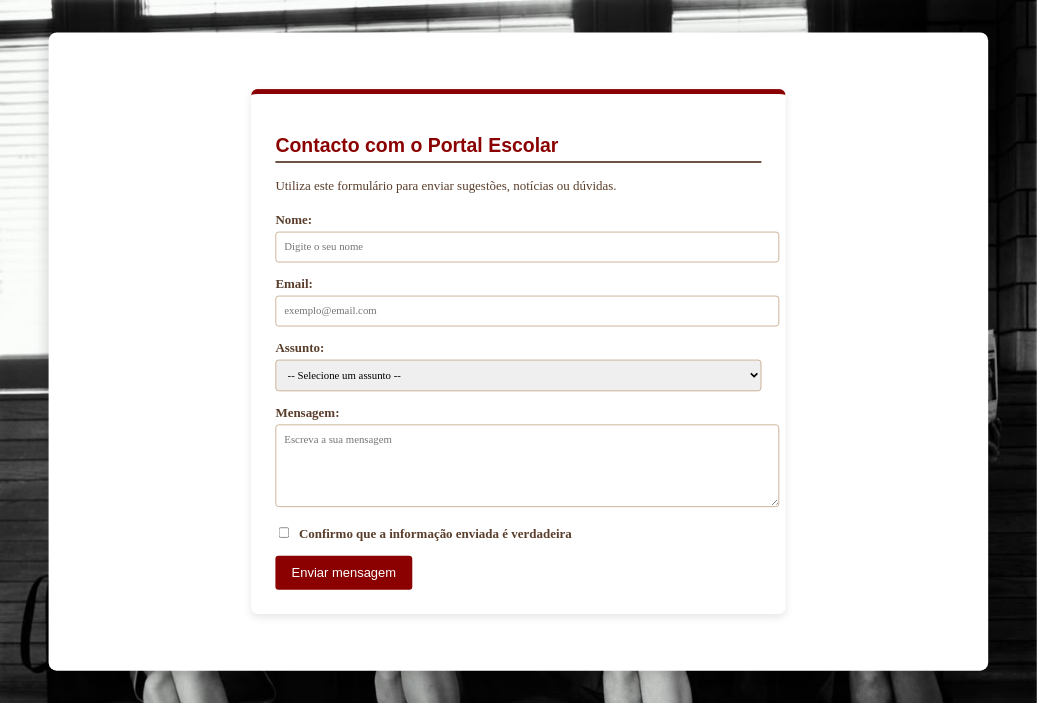
Repository: Sofiampsantos/Portal-de-Jornalismo-Escolar
Page: ProjetoProgV2/FormularioContacto/src/main/webapp/formulario.html
The author's editor kept a copy of each file at every save. The page is drawn from the files as they stood at one save, then again after the next save.
The browser window is 1280 px wide. The page is 1280 px wide, then 1300 px, so the pictures cover 1300 px, including what lies to the right of the window. The pictures show the whole page, at 81% of full size.
Backgrounds fixed to the window are drawn as part of the page. Some web fonts or font styles are not loaded; a fallback is used.

Above is the page before, as saved 2026-05-24 16:31:53.
Console error: TypeError: Cannot set properties of null (setting 'innerText')

### ProjetoProgV2/FormularioContacto/src/main/webapp/formulario.html
<!DOCTYPE html>
<html>
<head>
<meta charset="UTF-8">
<title>Portal de Jornalismo Escolar - ESMM - Formulário de Contacto</title>
<link rel="stylesheet" type="text/css" href="styles/estilo.css">
</head>
<body style="background-image: url('img/jornmulheres.jpg'); background-size: cover; background-repeat: no-repeat; background-attachment: fixed; background-position: center;">

    <div class="container">

        <form name="formulario" onsubmit="return validarFormulario()">

            <h2>Contacto com o Portal Escolar</h2>
            <p>Utiliza este formulário para enviar sugestões, notícias ou dúvidas.</p>

            <label>Nome:</label><br>
            <input type="text" name="nome" placeholder="Digite o seu nome"><br><br>

            <label>Email:</label><br>
            <input type="email" name="email" placeholder="exemplo@email.com"><br><br>

            <label>Assunto:</label><br>
            <select name="assunto">
                <option value="">-- Selecione um assunto --</option>
                <option value="noticia">Sugestão de notícia</option>
                <option value="evento">Divulgação de evento</option>
                <option value="erro">Correção de informação</option>
                <option value="outro">Outro</option>
            </select><br><br>

            <label>Mensagem:</label><br>
            <textarea name="mensagem" rows="5" placeholder="Escreva a sua mensagem"></textarea><br><br>

            <input type="checkbox" name="aceitar">
            <label>Confirmo que a informação enviada é verdadeira</label><br><br>

            <input type="submit" value="Enviar mensagem" class="botao">

        </form>

    </div>

    <script src="scripts/script.js"></script>

</body>
</html>

### ProjetoProgV2/FormularioContacto/src/main/webapp/styles/estilo.css
@charset "UTF-8";
@import url('https://fonts.googleapis.com/css2?family=League+Spartan:wght@400;600;700&display=swap');


/*ESTStyle GERAL*/

body {
	margin: 0;
    padding: 0;
    font-family: "Times New Roman", Times, serif;
    background-image: url("../img/jornmulheres.jpg");
    background-size: cover;
    background-position: center;
    background-repeat: no-repeat;
}



/*CONTAINER PRINCIPAL*/

.container {
    max-width: 1100px;
    margin: 40px auto;
    background-color: white;
    padding: 30px;
    border-radius: 10px;
    box-shadow: 0 0 20px rgba(0,0,0,0.2);
    animation: aparecer 0.8s ease-in-out;
}

#container {
    width: 100%;
    margin: 0 auto;
}


/*CABEÇALHO*/

#topo {
    background-color: #b30000;
    color: #ffffff;
    padding: 20px;
    text-align: center;
}

#topo h1 {
    margin: 0;
}

#topo p {
    margin-top: 5px;
}


/*NAVEGAÇÃO*/

nav {
    display: flex;
    justify-content: space-around;
    background-color: #8B0000;
    padding: 15px 0;
}

nav a {
    color: white;
    text-decoration: none;
    padding: 10px;
}

/* Links com linha animada */
.menu a {
    position: relative;
}

.menu a::after {
    content: "";
    position: absolute;
    width: 0%;
    height: 2px;
    bottom: -5px;
    left: 0;
    background-color: #ffffff;
    transition: width 0.3s ease;
}

.menu a:hover::after {
    width: 100%;
}

nav ul li {
    display: inline;
}


/*CONTEÚDO*/

#conteudo {
    padding: 30px;
}

section {
    animation: aparecer 2s ease-in;
}


/*TÍTULOS*/

h2 {
    color: #b30000;
    border-bottom: 2px solid #4a2c1a;
    padding-bottom: 5px;
    font-family: 'League Spartan', Arial, sans-serif;
}


/*TEXTO*/

p {
    line-height: 1.6;
}


/*LINKS*/

a {
    color: #b30000;
    text-decoration: none;
}

a:hover {
    text-decoration: underline;
}


/*IMAGENS*/

img {
    width: 300px;
    height: auto;
    gap: 10px;
}


/*ARTIGOS / CARDS*/

article {
    background: #ecf0f1;
    padding: 15px;
    transition: transform 0.3s;
}

article:hover {
    transform: scale(1.05);
}

.card {
    transition: transform 0.3s ease, box-shadow 0.3s ease;
}

.card:hover {
    transform: translateY(-5px);
    box-shadow: 0 6px 15px rgba(0,0,0,0.2);
}


/*TABELA RECURSOS*/

table {
    width: 90%;
    margin: 20px auto;
    border-collapse: collapse;
    background-color: #ffffff;
}

th {
    background-color: #b30000;
    color: #ffffff;
    padding: 10px;
    border: 1px solid #4a2c1a;
}

td {
    padding: 10px;
    border: 1px solid #4a2c1a;
    text-align: center;
}


/*TABELA QUEM SOMOS*/

.tabela-quem_somos {
    width: 60%;
    margin: 40px auto;
    border-collapse: collapse;
    background-color: white;
    box-shadow: 0 4px 10px rgba(0,0,0,0.2);
}

.tabela-quem_somos th {
    background-color: #8B0000;
    color: white;
    padding: 12px;
    font-size: 18px;
}

.tabela-quem_somos td {
    padding: 12px;
    border: 1px solid #a67c52;
    text-align: center;
}

.tabela-quem_somos tr:nth-child(even) {
    background-color: #f5f5f5;
}

.tabela-quem_somos tr:hover {
    background-color: #a67c52;
    color: white;
    transition: 0.3s;
}


/*FORMULÁRIO*/

form {
    max-width: 600px;
    margin: 40px auto;
    background-color: #ffffff;
    padding: 30px;
    border-radius: 8px;
    border-top: 6px solid #8B0000;
    box-shadow: 0 4px 10px rgba(0, 0, 0, 0.1);
    font-family: "Times New Roman", serif;
}

form h2 {
    font-family: 'League Spartan', sans-serif;
    color: #8B0000;
    margin-bottom: 10px;
}

form p {
    color: #5a3e2b;
    margin-bottom: 20px;
}

form label {
    font-weight: bold;
    color: #5a3e2b;
}

form input[type="text"],
form input[type="email"],
form select,
form textarea {
    width: 100%;
    padding: 10px;
    margin-top: 5px;
    border: 1px solid #c4a484;
    border-radius: 4px;
    font-family: "Times New Roman", serif;
}

form textarea {
    resize: vertical;
}

form input[type="checkbox"] {
    margin-right: 8px;
}

form input[type="submit"] {
    background-color: #8B0000;
    color: #ffffff;
    border: none;
    padding: 12px 20px;
    font-size: 16px;
    border-radius: 4px;
    cursor: pointer;
    font-family: 'League Spartan', sans-serif;
    transition: all 0.3s ease;
}

form input[type="submit"]:hover {
    background-color: #5a0000;
    transform: translateY(-3px);
    box-shadow: 0 5px 15px rgba(0,0,0,0.2);
}


/*CONTACTOS*/

.contactos-container {
    display: flex;
    justify-content: center;
    gap: 30px;
    flex-wrap: wrap;
    margin: 50px auto;
    width: 80%;
}

.card-contacto {
    background-color: white;
    border-left: 8px solid #8B0000;
    padding: 25px;
    width: 220px;
    box-shadow: 0 5px 15px rgba(0,0,0,0.2);
    transition: transform 0.3s ease;
}

.card-contacto h3 {
    color: #8B0000;
    margin-bottom: 10px;
}

.card-contacto p {
    color: #5a3e2b;
    font-family: "Times New Roman", serif;
}

.card-contacto:hover {
    transform: translateY(-8px);
}


/*RODAPÉ*/

#rodape {
    background-color: #4a2c1a;
    color: #ffffff;
    text-align: center;
    padding: 10px;
    margin-top: 40px;
    display: inline-block;
    min-width: 100%;
}


/*ANIMAÇÕES*/

@keyframes aparecer {
    from {
        opacity: 0;
        transform: translateY(20px);
    }
    to {
        opacity: 1;
        transform: translateY(0);
    }
}


.botao, button {
    transition: all 0.3s ease;
}

.botao:hover, button:hover {
    transform: translateY(-3px);
    box-shadow: 0 5px 15px rgba(0,0,0,0.2);
}

th a,
th a:link,
th a:visited,
th a:active {
    color: #ffffff !important;
    text-decoration: none !important;
}

th a:hover {
    text-decoration: underline !important;
    color: #ffffff !important;
}

.container form[action*="ListarContatosServlet"],
#conteudo form[action*="ListarContatosServlet"] {
    border-top: none !important;
    box-shadow: none !important;
    margin: 10px auto;
    padding: 10px 0;
    max-width: 100%;
}

### ProjetoProgV2/FormularioContacto/src/main/webapp/scripts/script.js
function mostrarMensagem() {
	alert("Estás no Portal de Jornalismo Escolar!");
}

function confirmarPortal() {
	var resposta = confirm("Tens uma notícia ou sugestão?");
	var paragrafo = document.getElementById("resposta");

	if (paragrafo) {
		if(resposta) {
			paragrafo.innerHTML = "Obrigado por contribuir para o Portal Escolar.";
		} else {
			paragrafo.innerHTML = "Talvez noutra altura!";
		}
	} else {
		alert("Erro: element <p id= 'resposta'> não encontrado");
	}
}

function validarFormulario(){
	var nome = document.formulario.nome.value;

	if (nome == "") {
		alert("Por favor, preenche o campo Nome.")
		return false;
}
		alert("Formulário enviado com sucesso!");
		return true;
}

function pedirNome(){
	var nome = prompt("Qual é o teu nome?");

	if (nome != nul && nome != "") {
		documente.getElementById("boasvindas").innerHTML =
		"Olá, " + nome + "! Bem-vindo ao Portal Escolar.";
	}
}

document.addEventListener("DOMContentLoaded", function (){
	document.getElementById("mensagem").innerText=
	"Site carregado com sucesso!";

});

/**`
*
*/

After the next save:
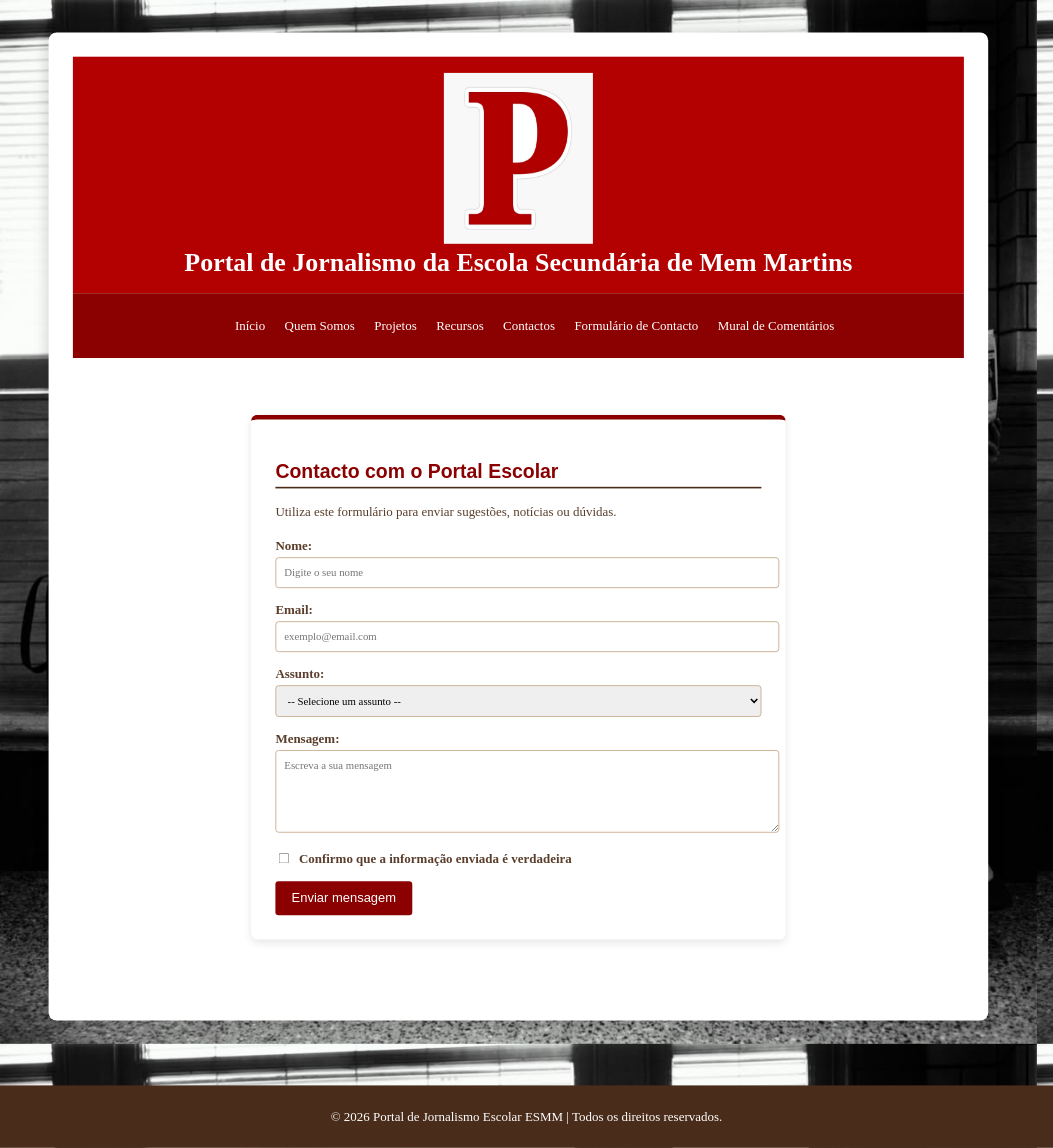
Saved 61 s later.
--- a/ProjetoProgV2/FormularioContacto/src/main/webapp/formulario.html
+++ b/ProjetoProgV2/FormularioContacto/src/main/webapp/formulario.html
@@ -7,7 +7,27 @@
 </head>
 <body style="background-image: url('img/jornmulheres.jpg'); background-size: cover; background-repeat: no-repeat; background-attachment: fixed; background-position: center;">
 
-    <div class="container">
+<div class="container">
+
+    <header id="topo">
+        <img alt="Fotografia do Portal de Jornalismo Escolar"
+             src="img/logoP.jpg" style="width: 184px; height: 211px;">
+        <h1>Portal de Jornalismo da Escola Secundária de Mem Martins</h1>
+    </header>
+
+    <nav id="navegacao">
+        <ul>
+            <li><a href="index.html">Início</a></li>
+            <li><a href="quem_somos.html">Quem Somos</a></li>
+            <li><a href="projetos.html">Projetos</a></li>
+            <li><a href="recursos.html">Recursos</a></li>
+            <li><a href="contactos.html">Contactos</a></li>
+            <li><a href="formulario.html">Formulário de Contacto</a></li>
+            <li><a href="ListarComentariosServlet">Mural de Comentários</a></li>
+        </ul>
+    </nav>
+
+    <section id="conteudo">
 
         <form name="formulario" onsubmit="return validarFormulario()">
 
@@ -39,9 +59,15 @@
 
         </form>
 
-    </div>
+    </section>
 
-    <script src="scripts/script.js"></script>
+</div>
+
+<footer id="rodape">
+    <p>&copy; 2026 Portal de Jornalismo Escolar ESMM | Todos os direitos reservados.</p>
+</footer>
+
+<script src="scripts/script.js"></script>
 
 </body>
 </html>
